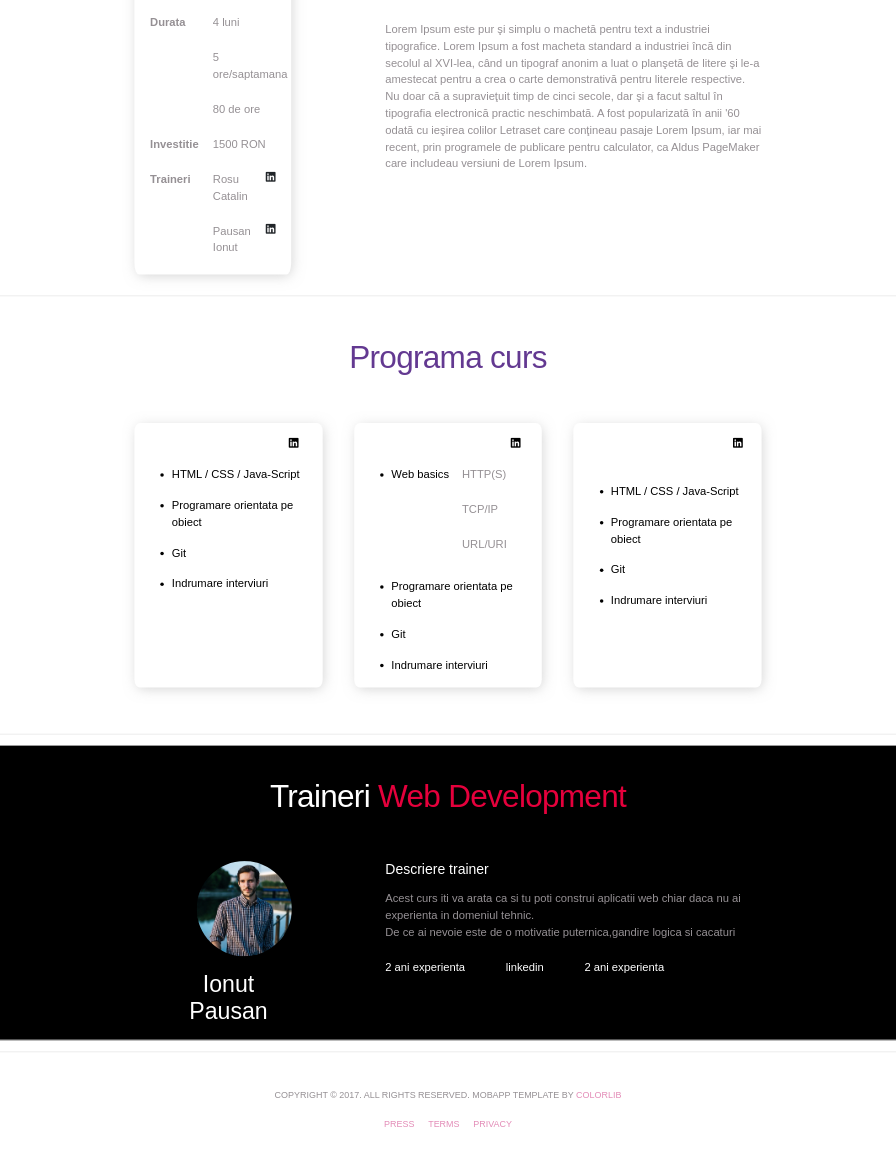
Repository: RosuCatalinDorin/ITSchool
Page: detaliiCurs/views/detalii-curs.html
An editor plug-in stored every save of this project. The page is shown before and after the next save, followed by the edit.
The browser window is 1280 px wide. The pictures show the part of the page from y = 733 to 2653 px (the page is 2398 px tall before and 2653 px after), at 70% of full size.
Some web libraries are served in a nearby version.

Above is the page before, as saved 2019-03-12 09:18:50.

After the next save:
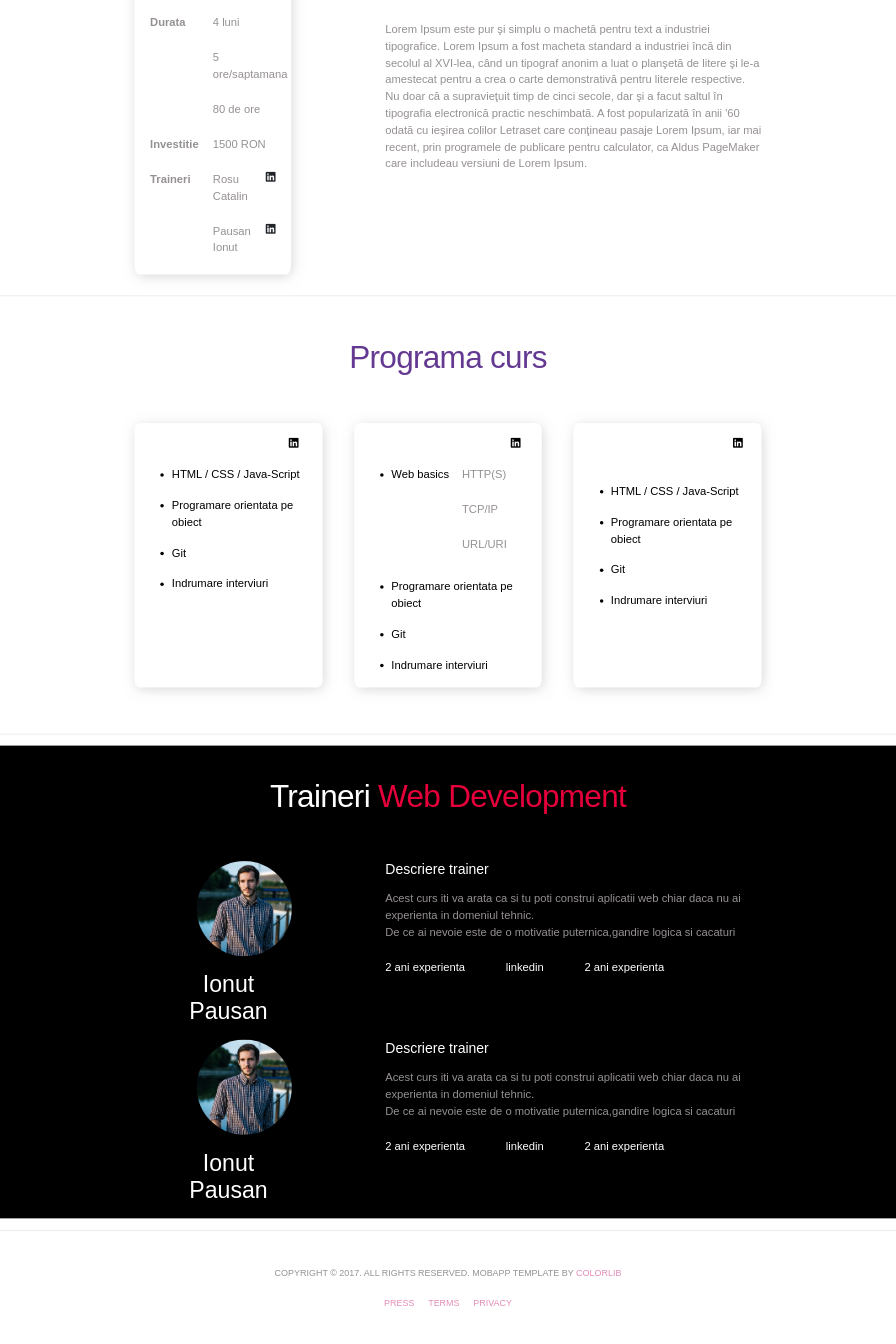
Saved 32 s later.
--- a/detaliiCurs/views/detalii-curs.html
+++ b/detaliiCurs/views/detalii-curs.html
@@ -227,13 +227,24 @@
                 </div>
             </div>
             <div class="trainer-row">
-                <div class="trainer-profile">
-
-                </div>
-                <div class="trainer-description">
-
-                </div>
-            </div>
+                    <div class="trainer-profile">
+                        <div class="trainer-image-container">
+                            <img src="../../images/pozaIonutPausan.jpg" class="trainer-image" alt="Ionut Pausan Pic">
+                        </div>
+                        <div class="trainer-name">
+                            <h3>Ionut Pausan</h3>
+                        </div>
+                    </div>
+                    <div class="trainer-description">
+                        <h4>Descriere trainer</h4>
+                        <p>Acest curs iti va arata ca si tu poti construi aplicatii web chiar daca nu ai experienta in domeniul tehnic.<br> De ce ai nevoie este de o motivatie puternica,gandire  logica si cacaturi </p>
+                        <div class="trainer-short-description">
+                            <span>2 ani experienta</span>
+                            <span>linkedin</span>
+                            <span>2 ani experienta</span>
+                        </div>
+                    </div>
+                </div>
         </div>
     </div>
 </section>
